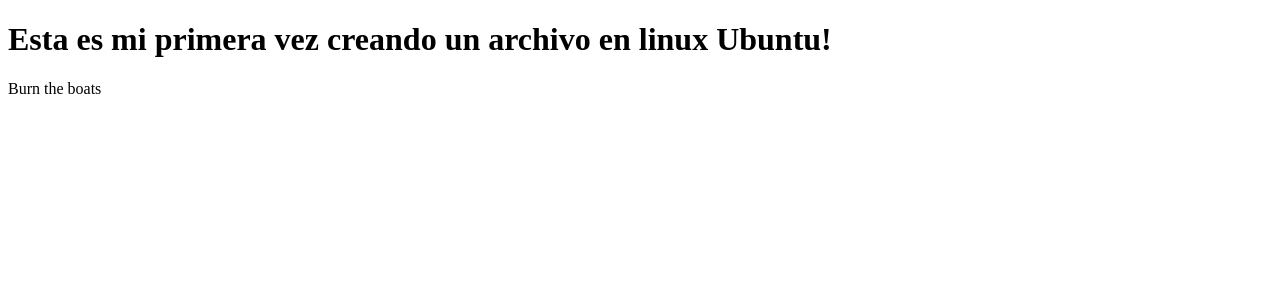
Repository: mamorenoc2/LenovoUbuntu
Page: ejemplo.html
These files come from the project's save history. The page is drawn as it stood at one moment and after the next save; the edit follows.
The browser window is 1280 px wide. The pictures show the whole page.

Above is the page before, as saved 2023-06-09 18:37:21.

After the next save:
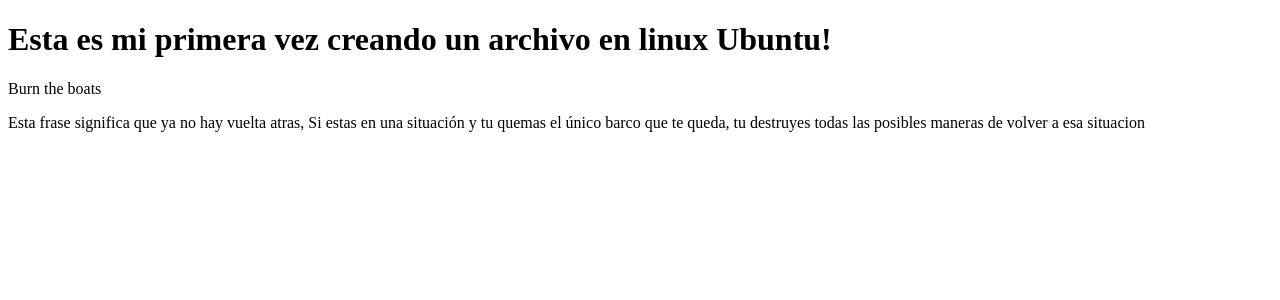
Saved 3 h 6 min later.
--- a/ejemplo.html
+++ b/ejemplo.html
@@ -9,6 +9,7 @@
     <h1>Esta es mi primera vez creando un archivo en linux Ubuntu!</h1>
     <div>
         <p>Burn the boats</p>
+        <p>Esta frase significa que ya no hay vuelta atras, Si  estas en una situación y tu quemas el único barco que te queda, tu destruyes todas las posibles maneras de volver a esa situacion</p>
     </div>
 </body>
 </html>
